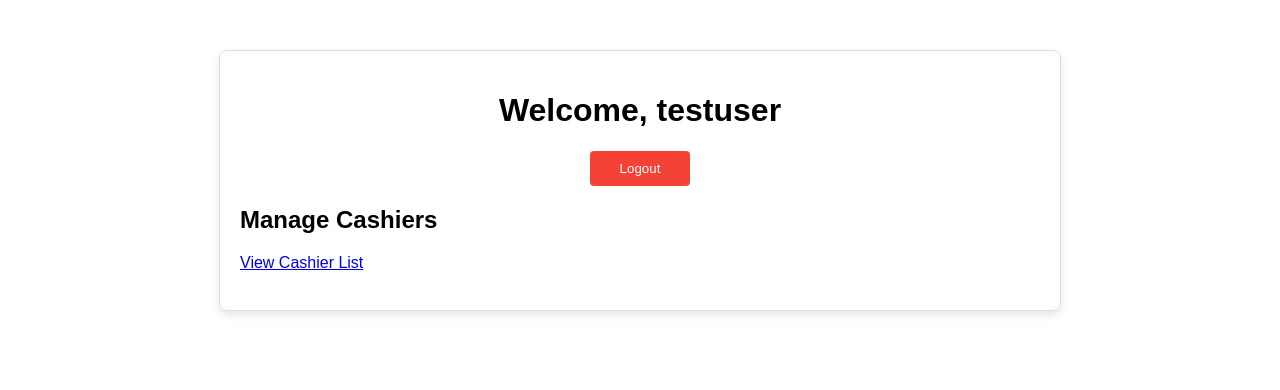
Repository: coder-jeshwanth/Billing_Management_System
Page: http://localhost/Bill_Management_System/adminDashboard.jsp
An editor plug-in stored every save of this project. The page is shown before and after the next save, followed by the edit.
The browser window is 1280 px wide. The pictures show the whole page.
The page is served by Tomcat 9. The session is filled in as if someone had signed in: {"adminName": "testuser"}. Other server files are loaded and not shown.

Above is the page before, as saved 2024-12-19 09:45:45.

### Bill_Management_System/src/main/webapp/adminDashboard.jsp
<%@ page import="javax.servlet.http.HttpSession" %>
<!DOCTYPE html>
<html>
<head>
    <title>Admin Dashboard</title>
    <style>
        body {
            font-family: Arial, sans-serif;
        }
        .container {
            max-width: 800px;
            margin: 50px auto;
            padding: 20px;
            border: 1px solid #ddd;
            border-radius: 8px;
            box-shadow: 0px 4px 8px rgba(0, 0, 0, 0.1);
        }
        h1 {
            text-align: center;
        }
        .logout-btn {
            background-color: #f44336; /* Red button */
            color: white;
            padding: 10px 20px;
            border: none;
            border-radius: 4px;
            cursor: pointer;
            text-align: center;
            display: block;
            margin: 20px auto;
            width: 100px;
        }
        .logout-btn:hover {
            background-color: #d32f2f;
        }
    </style>
</head>
<body>
    <div class="container">
        <%
            // Retrieve admin name from session
            HttpSession session2 = request.getSession(false);
            String adminName = (session2 != null) ? (String) session2.getAttribute("adminName") : null;

            if (adminName == null) {
                // Redirect to login if session is invalid
                response.sendRedirect("adminAuth.jsp");
            }
        %>

        <h1>Welcome, <%= adminName %></h1>

        <!-- Logout Button -->
        <form action="LogoutServlet" method="post">
            <button type="submit" class="logout-btn">Logout</button>
        </form>

        <h2>Manage Cashiers</h2>
        <a href="CashierServlet">View Cashier List</a><br><br>


    </div>
</body>
</html>

After the next save:
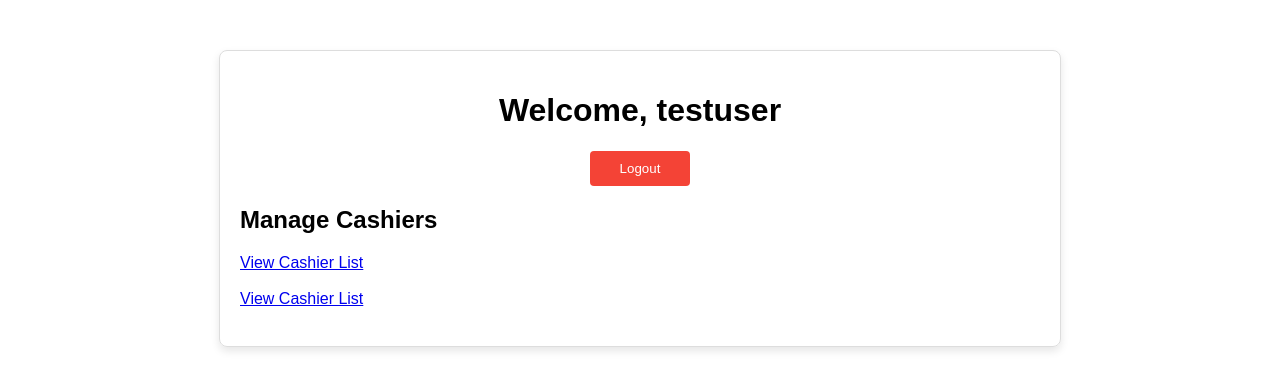
Saved 23 s later.
--- a/Bill_Management_System/src/main/webapp/adminDashboard.jsp
+++ b/Bill_Management_System/src/main/webapp/adminDashboard.jsp
@@ -57,6 +57,7 @@
 
         <h2>Manage Cashiers</h2>
         <a href="CashierServlet">View Cashier List</a><br><br>
+        <a href="AddCashier.jsp">View Cashier List</a><br><br>
 
 
     </div>
